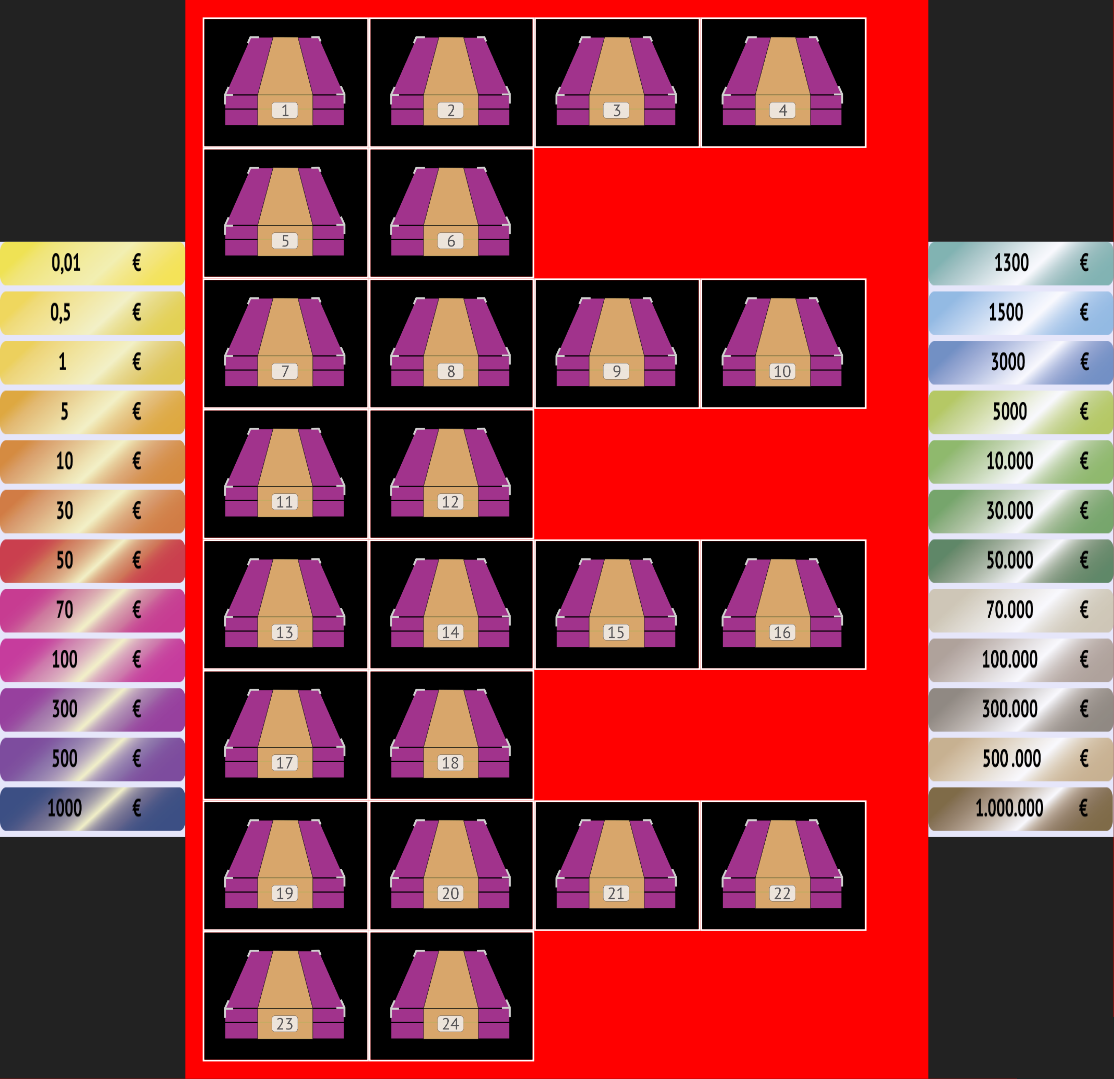
Repository: elnacp/Deal_or_no_deal
Page: DealOrNoDeal/index.html
An editor plug-in stored every save of this project. The page is shown before and after the next save, followed by the edit.
The browser window is 1280 px wide. The pictures show the whole page, at 87% of full size.
Some web libraries are served in a nearby version.

Above is the page before, as saved 2017-11-27 01:18:56.

### DealOrNoDeal/index.html
<!DOCTYPE html>
<html>
<head>
    <meta charset="utf-8" />
    <meta name="viewport" content="width=device-width, initial-scale=1.0, maximum-scale=1.0">
    <meta name="description" content="Tizen TV basic template generated by Samsung TV Web IDE"/>

    <title>Tizen TV Web IDE - Tizen TV - Tizen TV basic Application</title>

	<!-- jQuery library -->
	<script src="https://ajax.googleapis.com/ajax/libs/jquery/3.1.1/jquery.min.js"></script>
    <link rel="stylesheet" href="https://maxcdn.bootstrapcdn.com/bootstrap/4.0.0-beta.2/css/bootstrap.min.css" integrity="sha384-PsH8R72JQ3SOdhVi3uxftmaW6Vc51MKb0q5P2rRUpPvrszuE4W1povHYgTpBfshb" crossorigin="anonymous">
    <script src="https://code.jquery.com/jquery-3.2.1.slim.min.js" integrity="sha384-KJ3o2DKtIkvYIK3UENzmM7KCkRr/rE9/Qpg6aAZGJwFDMVNA/GpGFF93hXpG5KkN" crossorigin="anonymous"></script>
    <script src="https://cdnjs.cloudflare.com/ajax/libs/popper.js/1.12.3/umd/popper.min.js" integrity="sha384-vFJXuSJphROIrBnz7yo7oB41mKfc8JzQZiCq4NCceLEaO4IHwicKwpJf9c9IpFgh" crossorigin="anonymous"></script>
    <script src="https://maxcdn.bootstrapcdn.com/bootstrap/4.0.0-beta.2/js/bootstrap.min.js" integrity="sha384-alpBpkh1PFOepccYVYDB4do5UnbKysX5WZXm3XxPqe5iKTfUKjNkCk9SaVuEZflJ" crossorigin="anonymous"></script>
    <link rel="stylesheet" type="text/css" href="css/style.css"/>
    <script src="js/main.js"></script>
</head>

<body>

	<div class = "container-fluid">
		<div class="row">
   			<div class="col-md-2">

					<input type="image"  id ="prizes" src="./img/prizes/0,01.png"   />
					<input type="image"  id ="prizes" src="./img/prizes/0,5.png"   />
					<input type="image"  id ="prizes" src="./img/prizes/1.png"  	/>
					<input type="image"  id ="prizes" src="./img/prizes/5.png"  	/>
					<input type="image"  id ="prizes" src="./img/prizes/10.png"     />
					<input type="image"  id ="prizes" src="./img/prizes/30.png"     />
					<input type="image"  id ="prizes" src="./img/prizes/50.png"     />
					<input type="image"  id ="prizes" src="./img/prizes/70.png"     />
					<input type="image"  id ="prizes" src="./img/prizes/100.png"    />
					<input type="image"  id ="prizes" src="./img/prizes/300.png"    />
					<input type="image"  id ="prizes" src="./img/prizes/500.png"    />
					<input type="image"  id ="prizes" src="./img/prizes/1000.png"    />


   			</div>
    		<div class="col-md-8">

    			<div id="chests" class= "row">
					<input type="image"  id ="image" src="./img/chests/1.png"  />
					<input type="image"  id ="image" src="./img/chests/2.png"  />
					<input type="image"  id ="image" src="./img/chests/3.png"  />
					<input type="image"  id ="image" src="./img/chests/4.png"  />
					<input type="image"  id ="image" src="./img/chests/5.png"  />
					<input type="image"  id ="image" src="./img/chests/6.png"  />
				</div>
				<div id="chests" class= "row">
					<input type="image"  id ="image" src="./img/chests/7.png"   />
					<input type="image"  id ="image" src="./img/chests/8.png"   />
					<input type="image"  id ="image" src="./img/chests/9.png"   />
					<input type="image"  id ="image" src="./img/chests/10.png"  />
					<input type="image"  id ="image" src="./img/chests/11.png"  />
					<input type="image"  id ="image" src="./img/chests/12.png"  />
				</div>
				<div id="chests" class= "row">
					<input type="image"  id ="image" src="./img/chests/13.png"  />
					<input type="image"  id ="image" src="./img/chests/14.png"  />
					<input type="image"  id ="image" src="./img/chests/15.png"  />
					<input type="image"  id ="image" src="./img/chests/16.png"  />
					<input type="image"  id ="image" src="./img/chests/17.png"  />
					<input type="image"  id ="image" src="./img/chests/18.png"  />
				</div>
				<div id="chests" class= "row">
					<input type="image"  id ="image" src="./img/chests/19.png"  />
					<input type="image"  id ="image" src="./img/chests/20.png"  />
					<input type="image"  id ="image" src="./img/chests/21.png"  />
					<input type="image"  id ="image" src="./img/chests/22.png"  />
					<input type="image"  id ="image" src="./img/chests/23.png"  />
					<input type="image"  id ="image" src="./img/chests/24.png"  />
				</div>

    		</div>
   		 	<div class="col-md-2">


					<input type="image"  id ="prizes" src="./img/prizes/1300.png"   />
					<input type="image"  id ="prizes" src="./img/prizes/1500.png"   />
					<input type="image"  id ="prizes" src="./img/prizes/3000.png"  	/>
					<input type="image"  id ="prizes" src="./img/prizes/5000.png"  	/>
					<input type="image"  id ="prizes" src="./img/prizes/10.000.png"     />
					<input type="image"  id ="prizes" src="./img/prizes/30.000.png"     />
					<input type="image"  id ="prizes" src="./img/prizes/50.000.png"     />
					<input type="image"  id ="prizes" src="./img/prizes/70.000.png"     />
					<input type="image"  id ="prizes" src="./img/prizes/100.000.png"    />
					<input type="image"  id ="prizes" src="./img/prizes/300.000.png"    />
					<input type="image"  id ="prizes" src="./img/prizes/500.000.png"    />
					<input type="image"  id ="prizes" src="./img/prizes/1.000.000.png"    />


   		 	</div>
 		 </div>
	</div>

</body>

</html>

### DealOrNoDeal/css/style.css
* {
    font-family: Verdana, Lucida Sans, Arial, Helvetica, sans-serif;
}

body {
    margin: 0px auto;
    background-color:#222;
}

/*.contents {
	display: flex;
	display: -webkit-flex;
	box-sizing: border-box;
	-webkit-box-sizing: border-box;
	height:320px;
}


.content_text {
	font-weight:bold;
	font-size:5em;
	color:#fff;
}*/

.col-md-2{
	margin: auto;
	border: none;
	padding: 0px;
	display: block;
	background-color:lavender;
}

.col-md-8{
	padding: 20px;
	text-align: center;
	background-color: red;
	margin: none;
	display: block;
}

#prizes{
	width: 100%;
	height:50px;
}

#image{

	max-width:200px;
	max-height:150px;
	border: 2px solid white;
}

#chests{

	margin: auto;
	width: 100%;
}

### DealOrNoDeal/js/main.js

window.onload = function () {
    // TODO:: Do your initialization job

    // add eventListener for tizenhwkey
    document.addEventListener('tizenhwkey', function(e) {
        if(e.keyName == "back")
	try {
	    tizen.application.getCurrentApplication().exit();
	} catch (ignore) {
	}
    });



    // Sample code
    /*var textbox = document.querySelector('.contents');
    textbox.addEventListener("click", function(){
    	box = document.querySelector('#textbox');
    	box.innerHTML = box.innerHTML == "Basic" ? "Funciona" : "Basic";
    }); */


};

After the next save:
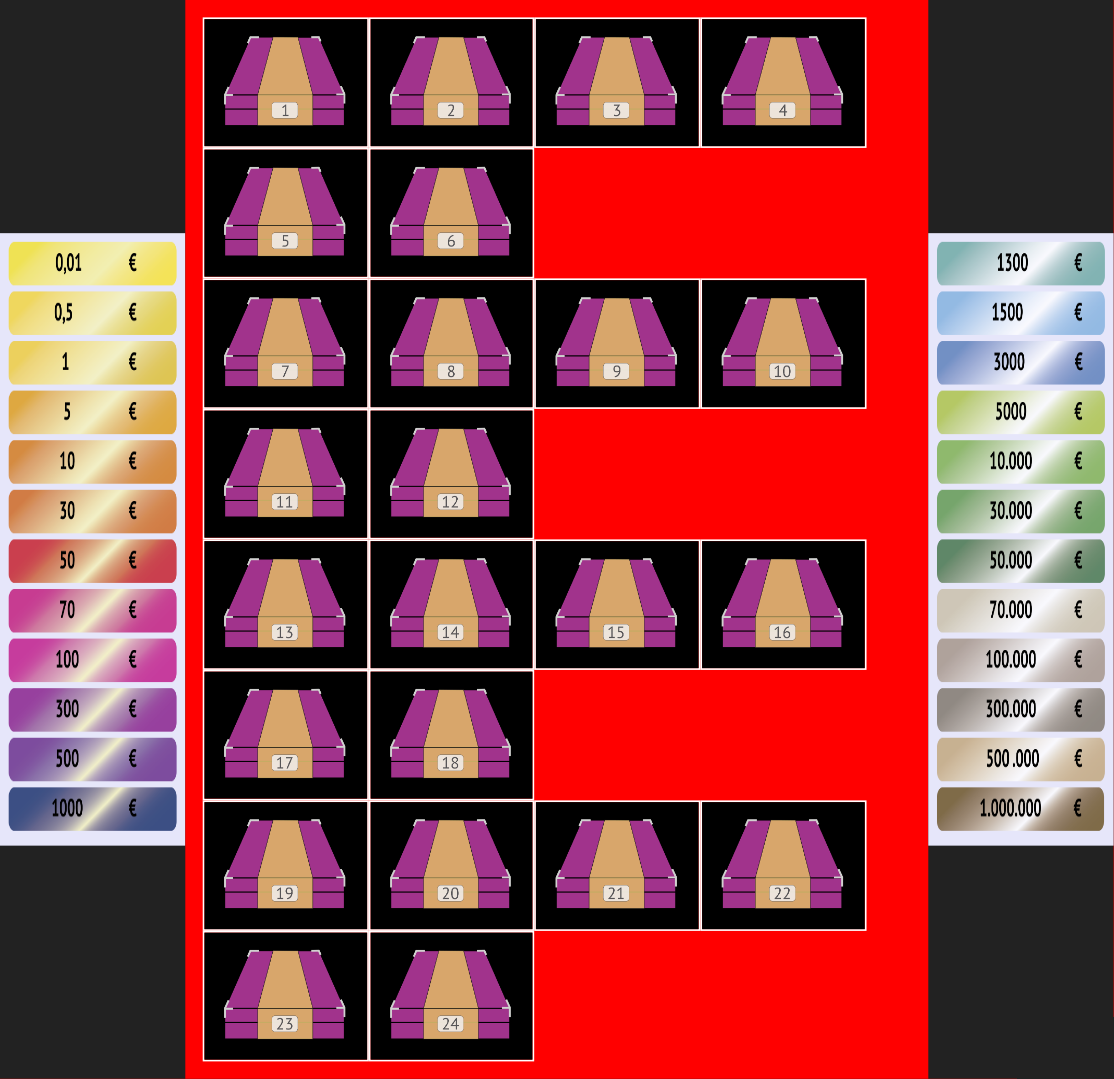
Saved 6 s later.
--- a/DealOrNoDeal/css/style.css
+++ b/DealOrNoDeal/css/style.css
@@ -25,7 +25,7 @@ body {
 .col-md-2{
 	margin: auto;
 	border: none;
-	padding: 0px;
+	padding: 10px;
 	display: block;
 	background-color:lavender;
 }
